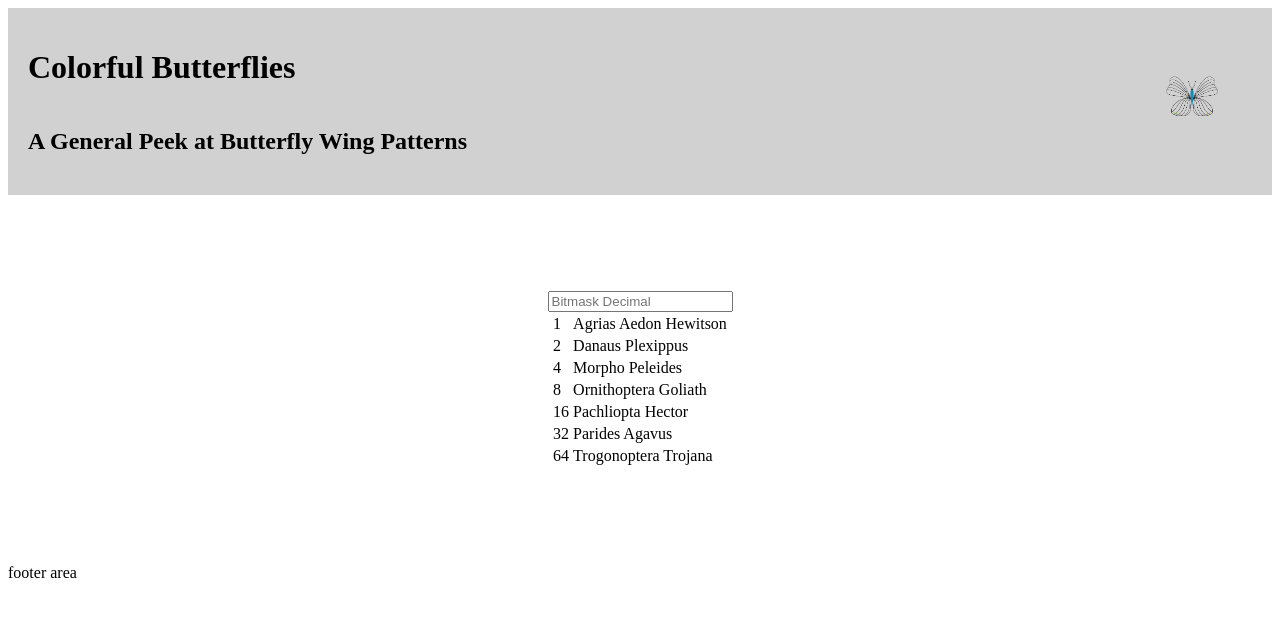
Repository: MeowCeline00/assessment-2
Page: /
These files come from the project's save history. The page is drawn as it stood at one moment and after the next save; the edit follows.
The browser window is 1280 px wide. The pictures show the whole page.
The project was rebuilt for these pictures with package versions that can differ from the ones it lists, and the page was loaded fresh each time. The framework's server and built-in components were replaced by stand-ins that run in the browser. Also part of the build but not shown: next.config.mjs.

Above is the page before, as saved 2024-02-07 21:54:20.

### pages/index.js
import Head from "next/head";
import { useState } from "react";
import styles from "@/styles/Home.module.css";
import Header from "@/Components/Header";


export default function Home() {

  // Butterfly Patterns
  const classFilters = {
    //key : value
    1: 'Agrias Aedon Hewitson',
    2: 'Danaus Plexippus',
    4: 'Morpho Peleides',
    8: 'Ornithoptera Goliath',
    16: 'Pachliopta Hector',
    32: 'Parides Agavus',
    64: 'Trogonoptera Trojana'
  }

  const [input, setInput] = useState();
                                    // 3
                                    // 2 & 2 Remainder 1
                                    // 1 & 1 Remainder 0
                                    // 9
                                    // 8 & 8 Remainder 1
                                    // 1 & 1 Remainder 0
  const getClassStyle = flagValue => (input & flagValue) > 0 ? {backgroundColor: 'yellow'} : null;

  return (
    <>
      <Head>
        <title>General View of Butterfly Wing Patterns</title>
        <meta name="description" content="General View of Butterfly Wing Patterns" />
        <meta name="viewport" content="width=device-width, initial-scale=1" />
        <link rel="icon" href="/butt_favicon.ico" />
      </Head>
      <Header />
      <main className={`${styles.main}`}>
       <input
       id="input"
       type="text"
       placeholder='Bitmask Decimal'
       value={input}
       onChange={event => setInput(event.target.value)}
       />
       <table>
        <tbody>
          {
            Object.keys(classFilters).map(item => (
              <tr key={item} style={getClassStyle(item)}>
                <td>{item}</td>
                <td>{classFilters[item]}</td>
              </tr>
            ))
          }
        </tbody>
       </table>
      </main>
      <footer>footer area</footer>
    </>
  );
}

### styles/Home.module.css
.main {
  display: flex;
  flex-direction: column;
  justify-content: space-between;
  align-items: center;
  padding: 6rem;
  min-height: 20vh;
}

### Components/Header/index.js
import Image from 'next/image';
import styles from './Header.module.css';

export default function Header() {
    return (
        <header className={styles.header}>
            <div className={styles.titleArea}>
                <h1> Colorful Butterflies</h1>
                <h2> A General Peek at Butterfly Wing Patterns</h2>
            </div>
            <div className={styles.logoArea}>
                <img src={"/logo.png"} alt="Butterfly Logo" width={80} />
            </div>
        </header>
    );
}

### Components/Header/Header.module.css
.header {
    display: flex;
    justify-content: space-between;
    align-items: center;
    padding: 20px;
    background-color: #d1d1d1;
}

.titleArea {
    display: flex;
    flex-direction: column;
}

.titleArea h1 {
    color: ;
}

.logoArea {
  display: flex;
  padding: 20px;
}

Loaded but not shown: pages/_app.js (common file); pages/_document.js (common file); styles/globals.css (common file)

After the next save:
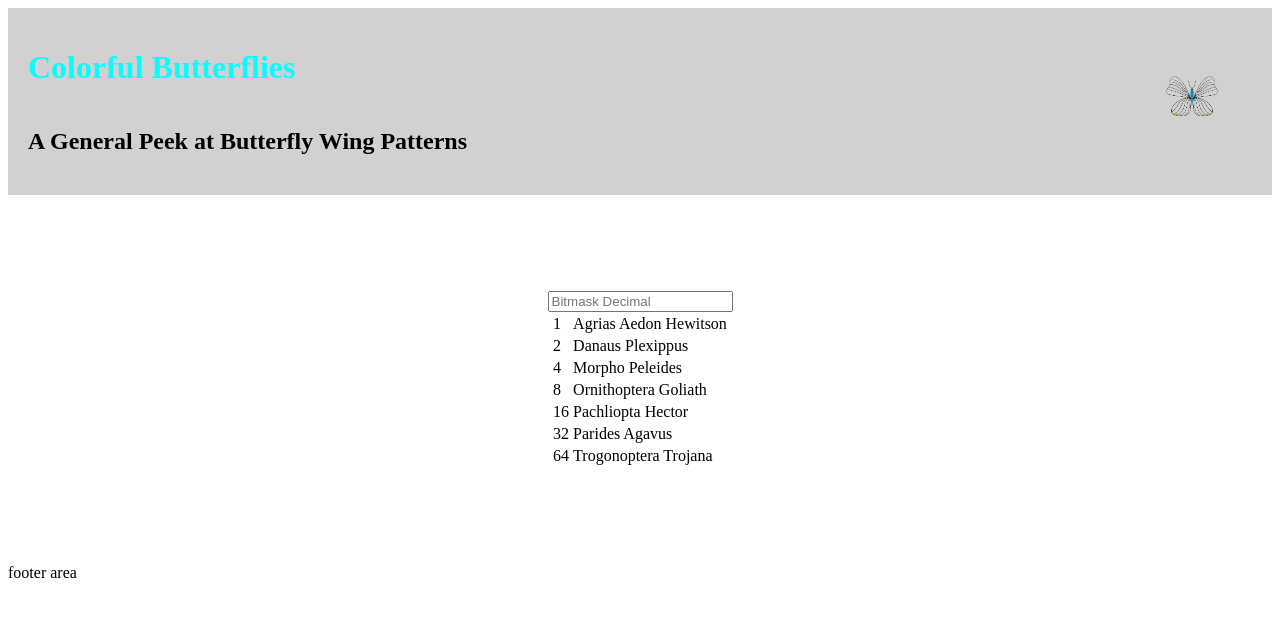
Saved 5 s later.
--- a/Components/Header/Header.module.css
+++ b/Components/Header/Header.module.css
@@ -12,7 +12,7 @@
 }
 
 .titleArea h1 {
-    color: ;
+    color: aqua;
 }
 
 .logoArea {
